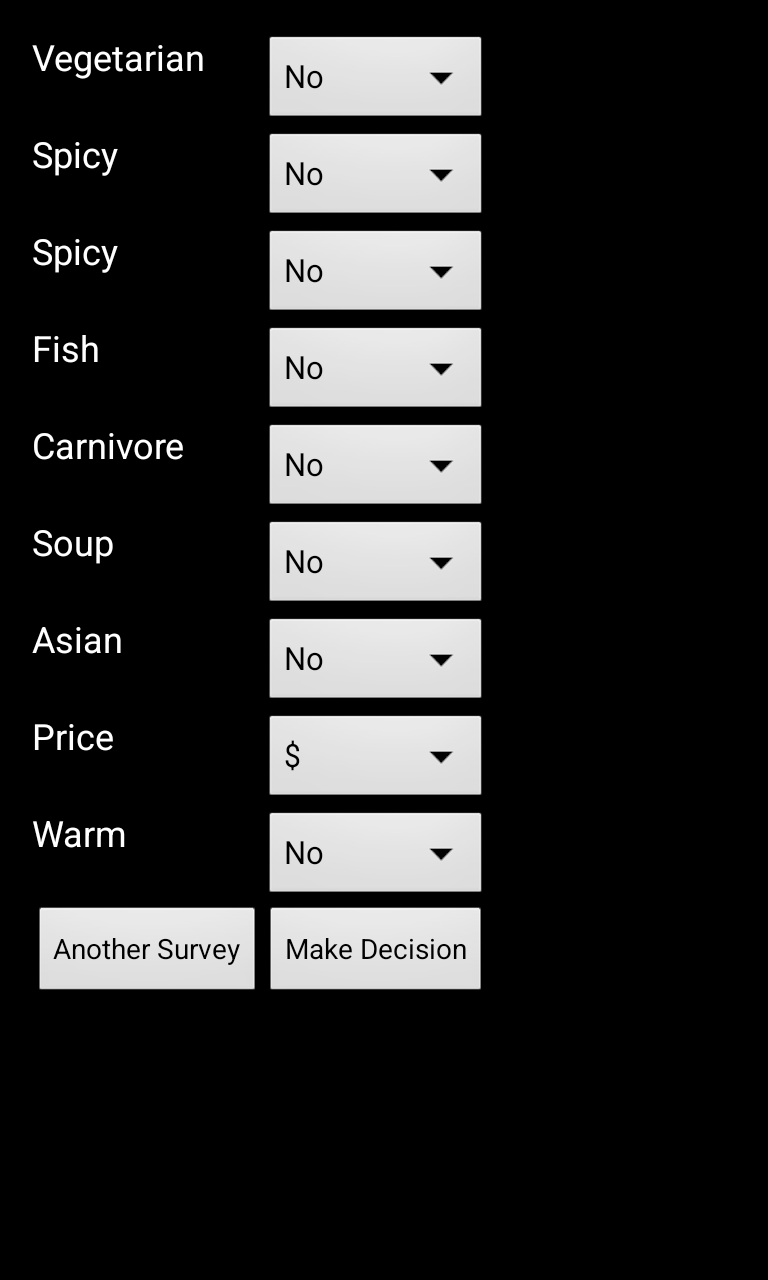
Repository: imhossu/FeedJulia
Layout: FeedJulia/res/layout/activity_survey.xml
An editor plug-in stored every save of this project. The layout is shown before and after the next save, followed by the edit.
It is drawn on a 768 x 1280 px phone screen (xhdpi) without system bars, with theme android:Theme.NoTitleBar; the app's code is not run.

Above is the layout before, as saved 2014-01-26 02:57:37.

### FeedJulia/res/layout/activity_survey.xml
<LinearLayout xmlns:tools="http://schemas.android.com/tools"
    xmlns:android="http://schemas.android.com/apk/res/android"
    android:layout_width="match_parent"
    android:layout_height="match_parent"
    android:columnCount="1"
    android:paddingBottom="@dimen/activity_vertical_margin"
    android:paddingLeft="@dimen/activity_horizontal_margin"
    android:paddingRight="@dimen/activity_horizontal_margin"
    android:paddingTop="@dimen/activity_vertical_margin"
    android:orientation="horizontal"
    tools:context=".Survey" >

    <TableLayout
        android:layout_width="match_parent"
        android:layout_height="match_parent"
        android:layout_column="0"
        android:layout_gravity="left|top"
        android:layout_row="0" >

        <TableRow
            android:id="@+id/tableVeg"
            android:layout_width="wrap_content"
            android:layout_height="fill_parent" >

            <TextView
                android:id="@+id/textVeg"
                android:layout_width="wrap_content"
                android:layout_height="fill_parent"
                android:text="Vegetarian"
                android:textAppearance="?android:attr/textAppearanceMedium" />

            <Spinner
                android:id="@+id/vegChoices"
                android:layout_width="match_parent"
                android:layout_height="match_parent"
                android:entries="@array/options" />
        </TableRow>


       <TableRow
            android:id="@+id/tableSpicy"
            android:layout_width="wrap_content"
            android:layout_height="fill_parent" >

            <TextView
                android:id="@+id/TextSpicy"
                android:layout_width="wrap_content"
                android:layout_height="fill_parent"
                android:text="Spicy"
                android:textAppearance="?android:attr/textAppearanceMedium" />

            <Spinner
                android:id="@+id/SpicyChoices"
                android:layout_width="match_parent"
                android:layout_height="match_parent"
                android:entries="@array/options" />
        </TableRow>


        <TableRow
            android:id="@+id/tableLight"
            android:layout_width="wrap_content"
            android:layout_height="fill_parent" >

            <TextView
                android:id="@+id/TextLight"
                android:layout_width="wrap_content"
                android:layout_height="fill_parent"
                android:text="Spicy"
                android:textAppearance="?android:attr/textAppearanceMedium" />

            <Spinner
                android:id="@+id/LightChoices"
                android:layout_width="match_parent"
                android:layout_height="match_parent"
                android:entries="@array/options" />
        </TableRow>

          <TableRow
            android:id="@+id/tableFish"
            android:layout_width="wrap_content"
            android:layout_height="fill_parent" >

            <TextView
                android:id="@+id/TextFish"
                android:layout_width="wrap_content"
                android:layout_height="fill_parent"
                android:text="Fish"
                android:textAppearance="?android:attr/textAppearanceMedium" />

            <Spinner
                android:id="@+id/FishChoices"
                android:layout_width="match_parent"
                android:layout_height="match_parent"
                android:entries="@array/options" />
        </TableRow>

            <TableRow
            android:id="@+id/tableMeat"
            android:layout_width="wrap_content"
            android:layout_height="fill_parent" >

            <TextView
                android:id="@+id/TextMeat"
                android:layout_width="wrap_content"
                android:layout_height="fill_parent"
                android:text="Carnivore"
                android:textAppearance="?android:attr/textAppearanceMedium" />

            <Spinner
                android:id="@+id/MeatChoices"
                android:layout_width="match_parent"
                android:layout_height="match_parent"
                android:entries="@array/options" />
        </TableRow>

              <TableRow
            android:id="@+id/tableSoup"
            android:layout_width="wrap_content"
            android:layout_height="fill_parent" >

            <TextView
                android:id="@+id/TextSoup"
                android:layout_width="wrap_content"
                android:layout_height="fill_parent"
                android:text="Soup"
                android:textAppearance="?android:attr/textAppearanceMedium" />

            <Spinner
                android:id="@+id/SoupChoices"
                android:layout_width="match_parent"
                android:layout_height="match_parent"
                android:entries="@array/options" />
        </TableRow>

                <TableRow
            android:id="@+id/tableAsian"
            android:layout_width="wrap_content"
            android:layout_height="fill_parent" >

            <TextView
                android:id="@+id/TextAsian"
                android:layout_width="wrap_content"
                android:layout_height="fill_parent"
                android:text="Asian"
                android:textAppearance="?android:attr/textAppearanceMedium" />

            <Spinner
                android:id="@+id/AsianChoices"
                android:layout_width="match_parent"
                android:layout_height="match_parent"
                android:entries="@array/options" />
        </TableRow>

                  <TableRow
            android:id="@+id/tablePrice"
            android:layout_width="wrap_content"
            android:layout_height="fill_parent" >

            <TextView
                android:id="@+id/TextPrice"
                android:layout_width="wrap_content"
                android:layout_height="fill_parent"
                android:text="Price"
                android:textAppearance="?android:attr/textAppearanceMedium" />

            <Spinner
                android:id="@+id/PriceChoices"
                android:layout_width="match_parent"
                android:layout_height="match_parent"
                android:entries="@array/dollars" />
        </TableRow>

        <TableRow
            android:id="@+id/tableWarm"
            android:layout_width="wrap_content"
            android:layout_height="fill_parent" >

            <TextView
                android:id="@+id/TextWarm"
                android:layout_width="wrap_content"
                android:layout_height="fill_parent"
                android:text="Warm"
                android:textAppearance="?android:attr/textAppearanceMedium" />

            <Spinner
                android:id="@+id/WarmChoices"
                android:layout_width="match_parent"
                android:layout_height="match_parent"
                android:entries="@array/YN" />
        </TableRow>


    	<TableRow
            android:id="@+id/tableButtons"
            android:layout_width="wrap_content"
            android:layout_height="fill_parent" >

            <Button
	        android:id="@+id/moreSurvey"
	        android:layout_width="wrap_content"
	        android:layout_height="wrap_content"
	        android:layout_alignParentBottom="true"
	        android:layout_centerHorizontal="true"
	        android:layout_marginBottom="56dp"
	        android:text="Another Survey" />

	       <Button
	        android:id="@+id/makeDecision"
	        android:layout_width="wrap_content"
	        android:layout_height="wrap_content"
	        android:layout_alignParentBottom="true"
	        android:layout_centerHorizontal="true"
	        android:layout_marginBottom="56dp"
	        android:text="Make Decision" />
        </TableRow>



    </TableLayout>





</LinearLayout>

### FeedJulia/res/values/strings.xml
<?xml version="1.0" encoding="utf-8"?>
<resources>

    <string name="app_name">FeedJulia</string>
    <string name="action_settings">Settings</string>
    <string name="hello_world">Hello world!</string>
    <string name="title_activity_survey">Survey</string>

    <string-array name="options">
        <item>No</item>
        <item>Neutral</item>
        <item>Yes</item>
    </string-array>

    <string-array name="YN">
        <item>No</item>
        <item>Yes</item>
    </string-array>

    <string-array name="dollars">
        <item>$</item>
        <item>$$</item>
        <item>$$$</item>
        <item>$$$$</item>
    </string-array>

</resources>

Loaded but not shown: FeedJulia/res/values/dimens.xml (common file)

After the next save:
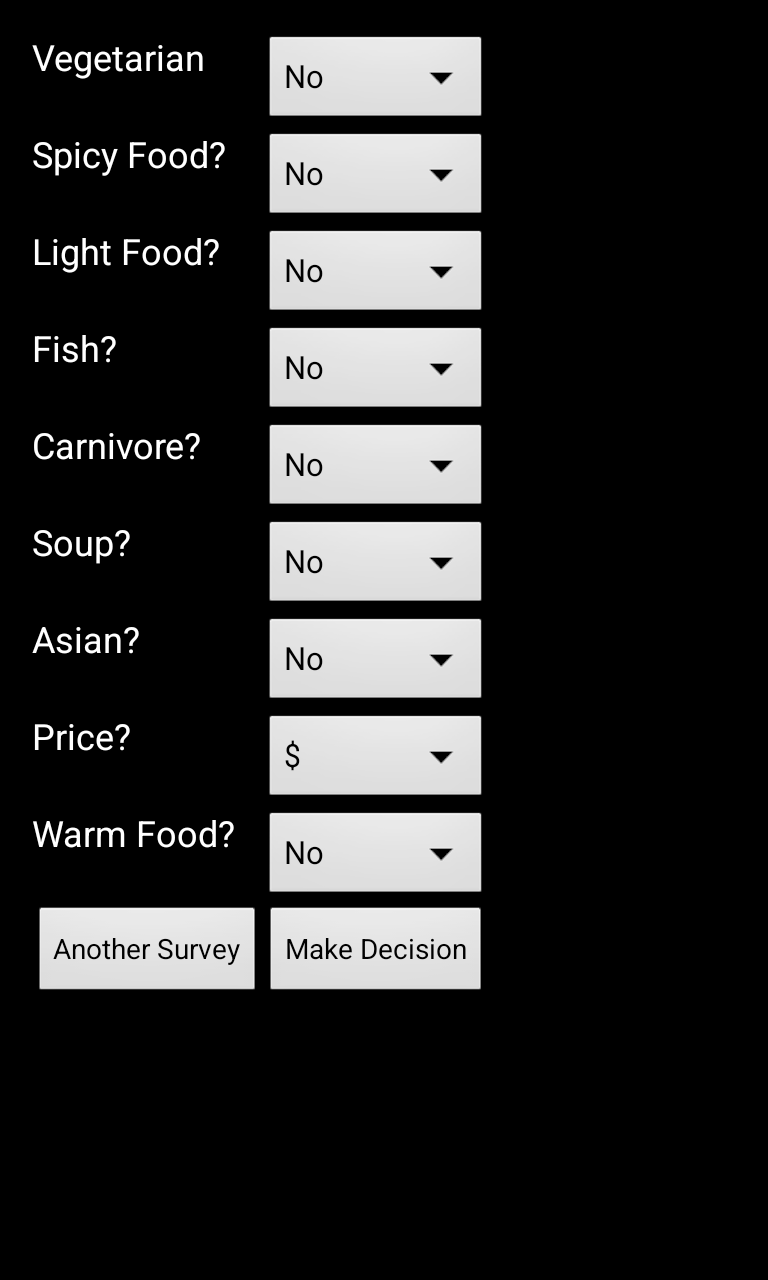
Saved 56 s later.
--- a/FeedJulia/res/layout/activity_survey.xml
+++ b/FeedJulia/res/layout/activity_survey.xml
@@ -46,7 +46,7 @@
                 android:id="@+id/TextSpicy"
                 android:layout_width="wrap_content"
                 android:layout_height="fill_parent"
-                android:text="Spicy"
+                android:text="Spicy Food?"
                 android:textAppearance="?android:attr/textAppearanceMedium" />
 
             <Spinner
@@ -66,7 +66,7 @@
                 android:id="@+id/TextLight"
                 android:layout_width="wrap_content"
                 android:layout_height="fill_parent"
-                android:text="Spicy"
+                android:text="Light Food?"
                 android:textAppearance="?android:attr/textAppearanceMedium" />
 
             <Spinner
@@ -85,7 +85,7 @@
                 android:id="@+id/TextFish"
                 android:layout_width="wrap_content"
                 android:layout_height="fill_parent"
-                android:text="Fish"
+                android:text="Fish?"
                 android:textAppearance="?android:attr/textAppearanceMedium" />
 
             <Spinner
@@ -104,7 +104,7 @@
                 android:id="@+id/TextMeat"
                 android:layout_width="wrap_content"
                 android:layout_height="fill_parent"
-                android:text="Carnivore"
+                android:text="Carnivore?"
                 android:textAppearance="?android:attr/textAppearanceMedium" />
 
             <Spinner
@@ -123,7 +123,7 @@
                 android:id="@+id/TextSoup"
                 android:layout_width="wrap_content"
                 android:layout_height="fill_parent"
-                android:text="Soup"
+                android:text="Soup?"
                 android:textAppearance="?android:attr/textAppearanceMedium" />
 
             <Spinner
@@ -142,7 +142,7 @@
                 android:id="@+id/TextAsian"
                 android:layout_width="wrap_content"
                 android:layout_height="fill_parent"
-                android:text="Asian"
+                android:text="Asian?"
                 android:textAppearance="?android:attr/textAppearanceMedium" />
 
             <Spinner
@@ -161,7 +161,7 @@
                 android:id="@+id/TextPrice"
                 android:layout_width="wrap_content"
                 android:layout_height="fill_parent"
-                android:text="Price"
+                android:text="Price?"
                 android:textAppearance="?android:attr/textAppearanceMedium" />
 
             <Spinner
@@ -180,7 +180,7 @@
                 android:id="@+id/TextWarm"
                 android:layout_width="wrap_content"
                 android:layout_height="fill_parent"
-                android:text="Warm"
+                android:text="Warm Food?"
                 android:textAppearance="?android:attr/textAppearanceMedium" />
 
             <Spinner
